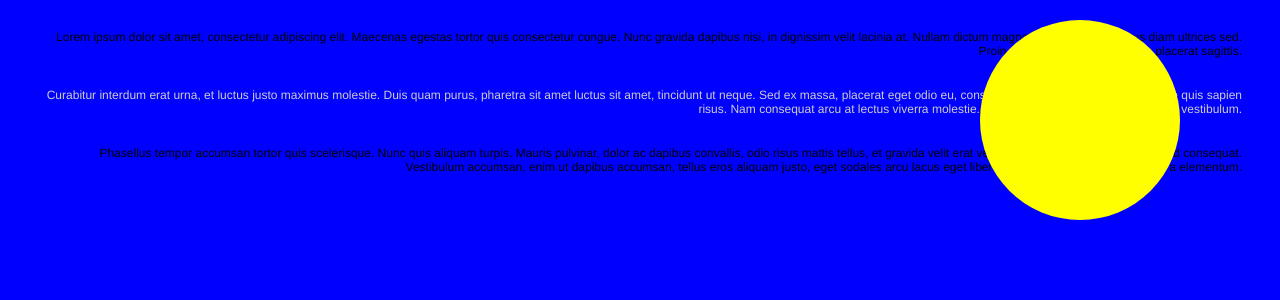
Repository: Nnetterz/Nnetterz.github.io
Page: index.html
The author's editor kept a record of every edit. The page is drawn from the files as they stood at one moment, then again after the next edit.
The browser window is 1280 px wide. The pictures show the whole page.

Above is the page before.

After the next edit:
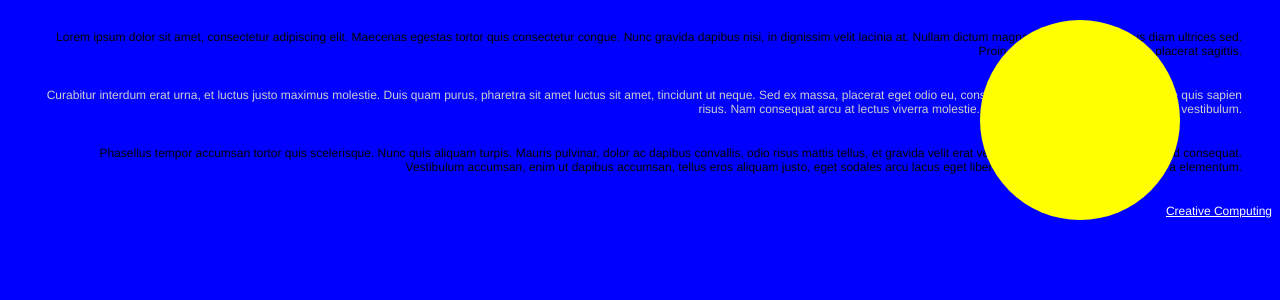
The edit:
--- a/index.html
+++ b/index.html
@@ -15,5 +15,7 @@
 
        <p>Phasellus tempor accumsan tortor quis scelerisque. Nunc quis aliquam turpis. Mauris pulvinar, dolor ac dapibus convallis, odio risus mattis tellus, et gravida velit erat vel elit. In eleifend commodo risus sed consequat. Vestibulum accumsan, enim ut dapibus accumsan, tellus eros aliquam justo, eget sodales arcu lacus eget libero. Etiam vehicula sit amet augue a elementum.</p>
 
+       <a href=" ">Creative Computing</a>
+
     </body>
 </html>
